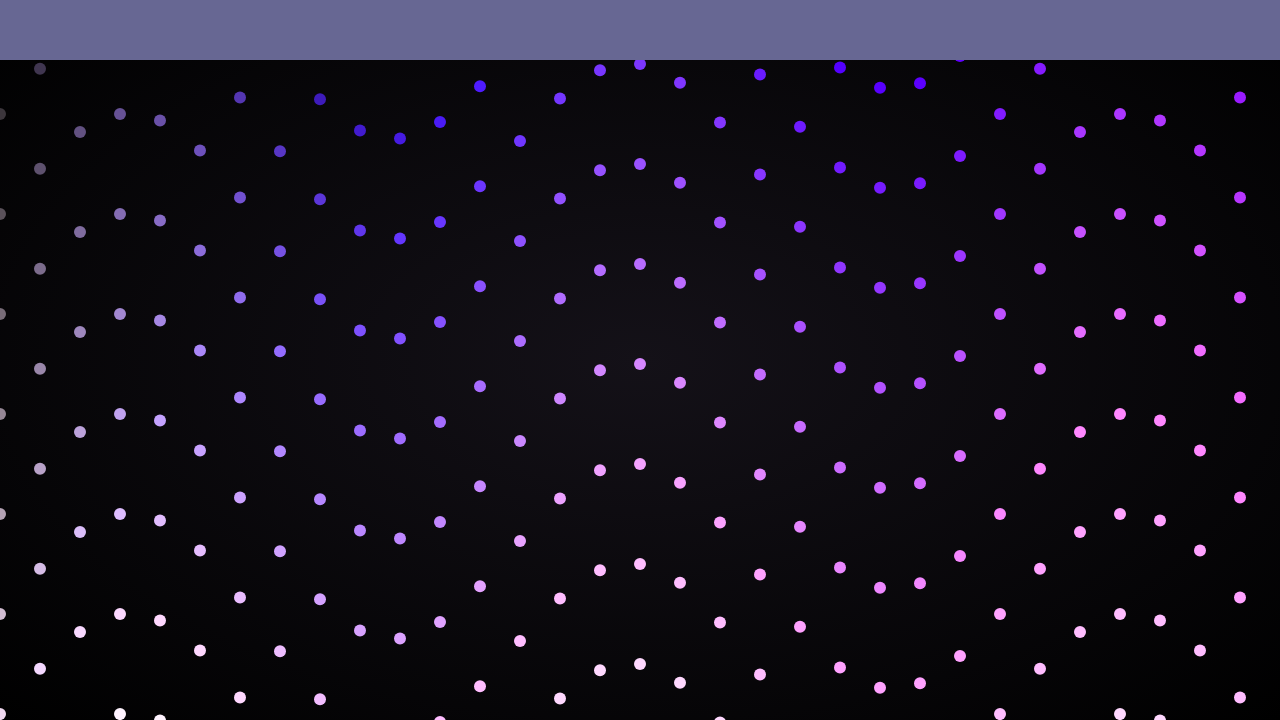
Repository: Iban-del/ProjetBacIban
Page: index.html
The author's editor kept a copy of each file at every save. The page is drawn from the files as they stood at one save, then again after the next save.
The browser window is 1280 px wide. The pictures show the whole page.

Above is the page before, as saved 2025-02-19 19:17:36.

### index.html
<!DOCTYPE html>
<html lang="fr">
<head>
    <meta charset="UTF-8">
    <meta name="viewport" content="width=device-width, initial-scale=1.0">
    <link rel="icon" type="image/x-icon" href="./image/image.png">
    <link rel="stylesheet" href="./css/index.css">
    <title>Iban</title>
    <script src="./js/background.js" type="module"></script>
    <canvas id="canvas-background"></canvas>
</head>
<body>
    <nav class="navBar"></nav>

</body>
</html>

### css/index.css
html,body{
    margin: 0px;
    overflow-x: clip;
    display: flex;
}

.navBar{
    height: 60px;
    width: 100%;
    position: fixed;
    background-color: rgb(103, 103, 147);
    z-index: 1;
    display: flex;
    justify-content: end;
    align-items: center;
    color: white;
}

.background-canvas{
    overflow-x: clip;
    background:radial-gradient(rgb(50, 50, 71), rgb(0, 0, 0));
    z-index: 10;
    position: fixed;
}

### js/background.js
/**
 * création du fond du site
 */

//constante avec les couleur des composant
const darkColor ={
    backgrounds1:"#000",
    backgrounds2:"#141118",
};

//constante avec les couleur des composant
const lightColor ={
    backgrounds1:"#FDFCFE",
    backgrounds2:"#FAF8FD",
};


/**
 * fonction qui permet de géré le fond par default en cas d'érreur
 */
function defaultBackground(){

    const body = document.querySelector("body");

    if(body instanceof HTMLBodyElement){
        body.style.backgroundColor = darkColor.backgrounds2;
    }

}


/**
 * cette fonction permet d'attribué le style au canvas
 */
function canvasStyle(canvas){

    if(canvas instanceof HTMLCanvasElement){

        canvas.height = window.innerHeight;
        canvas.width = window.innerWidth;
        canvas.style.background = "radial-gradient("+darkColor.backgrounds2+","+darkColor.backgrounds1+")";

        return;
    }

    throw new Error("Canvas n'est pas de type HTMLCanvasElement ");

}

/**
 * fonction de création d'une vague
 */
function vague(x,A){

    const lambda = 0.002;//longueur d'onde
    const k = lambda*2*Math.PI; //nombre oscilation
    const phi = 3;//décalage
    return A*Math.sin(k*x+phi);
}


/**
 * affichage de la vague
 * @param CanvasRenderingContext2D  ctx
 */
function drawVague(ctx,canvas,A,steep){

    if(ctx instanceof CanvasRenderingContext2D){
        ctx.clearRect(0, 0, canvas.width, canvas.height);
        let color =0;
        for(let t = -100;t < window.innerHeight+100;t+= 100){

            for(let i = 0 ;i < window.innerWidth;i+=40){
                let x = i
                let y = vague(x,A)+(t)+(x*0.1);
                // ctx.beginPath();
                // ctx.lineTo(x,y)
                // ctx.moveTo(x,y)
                ctx.beginPath();
                ctx.fillStyle=`rgb(${color+(i*.1)},${color*0.9},${color+(i*.49)})`;
                ctx.arc(x,y,6,0,Math.PI*2,true)
                ctx.fill();

            }
            color+=30;
        }


        if(A >10000){

            A-= steep;

        }else if(A < 10){
            A+= steep;
        }

        // Demander la prochaine frame
        requestAnimationFrame(() => drawVague(ctx, canvas, A, steep));

    }


}

/**
 * fonction pour annimer le fond
 */
function animateBackground(ctx,canvas,A){

    let steep = 1;
    drawVague(ctx,canvas,A,steep)



    //requestAnimationFrame(animateBackground(ctx,A+steep));

}


/**
 * fonction d'initialisation du fond
 */
function init(){
    //récupération des élémentcanvas
    const canvas = document.querySelector("canvas");

    if(canvas instanceof HTMLCanvasElement){

        const ctx = canvas.getContext('2d');

        canvasStyle(canvas);
        animateBackground(ctx,canvas,100)

    }
}

try{

    init()

}catch(error){

    console.log(error)
    defaultBackground()
}

After the next save:
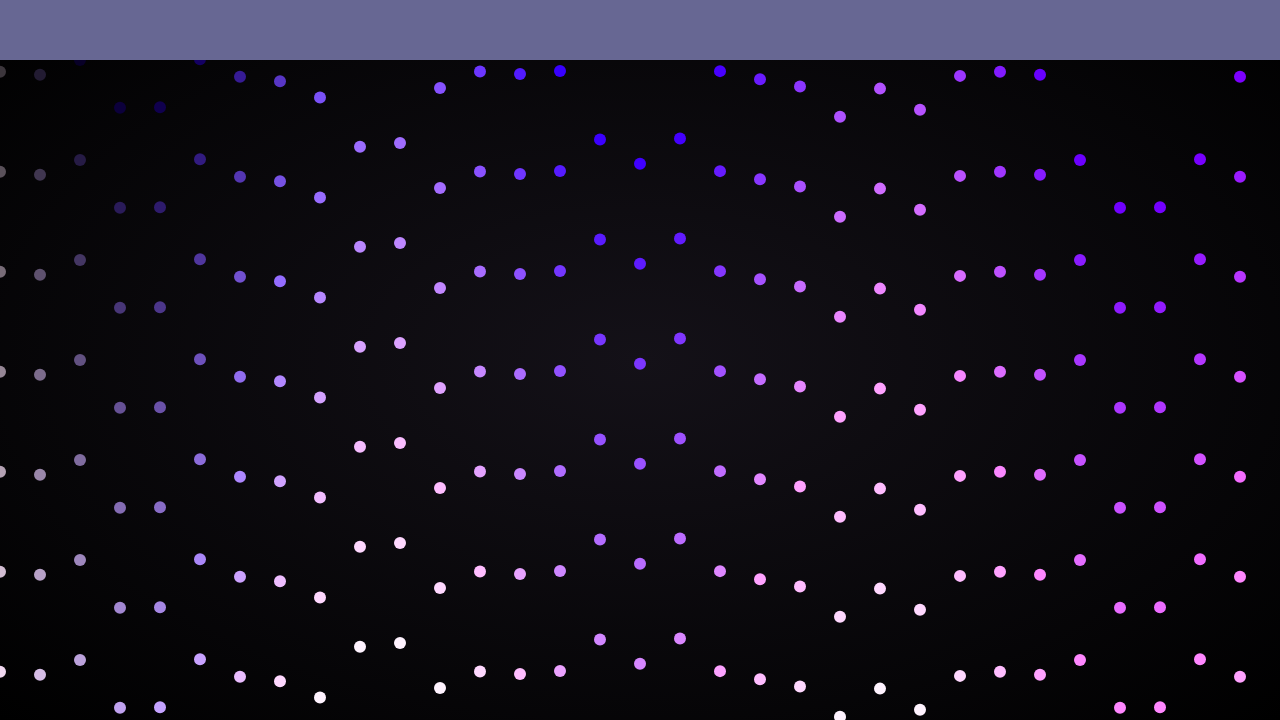
Saved 43 s later.
--- a/js/background.js
+++ b/js/background.js
@@ -86,11 +86,11 @@ function drawVague(ctx,canvas,A,steep){
         }
 
 
-        if(A >10000){
+        if(A <10000){
 
             A-= steep;
 
-        }else if(A < 10){
+        }else if(A > 10){
             A+= steep;
         }
 
